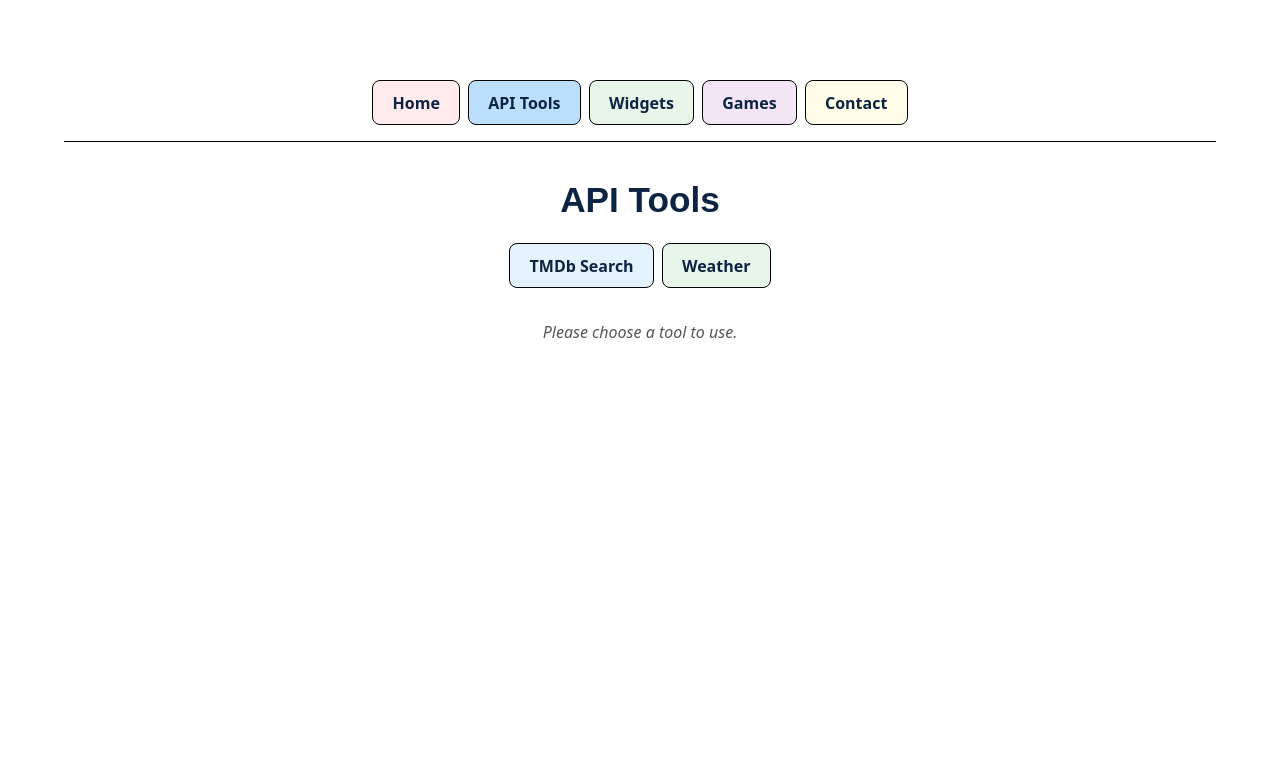
Repository: ourshadetree/TimPortfolio
Page: /api-tools
The author's editor kept a copy of each file at every save. The page is drawn from the files as they stood at one save, then again after the next save.
The browser window is 1280 px wide. The pictures show the whole page.
The project was rebuilt for these pictures with package versions that can differ from the ones it lists, and the page was loaded fresh each time. Also part of the build but not shown: vite.config.js, src/views/HomeView.vue, src/components/MovieApi.vue, src/components/WeatherApi.vue, src/components/Calculator.vue, src/components/UnitConverter.vue, src/views/Widgets.vue, src/components/RockPaperScissors.vue and 3 more. Imported but missing from the stored project, and not drawn on this page: src/assets/CurrentResumeTimSB.pdf.

Above is the page before, as saved 2025-05-07 14:22:40.

After the next save:
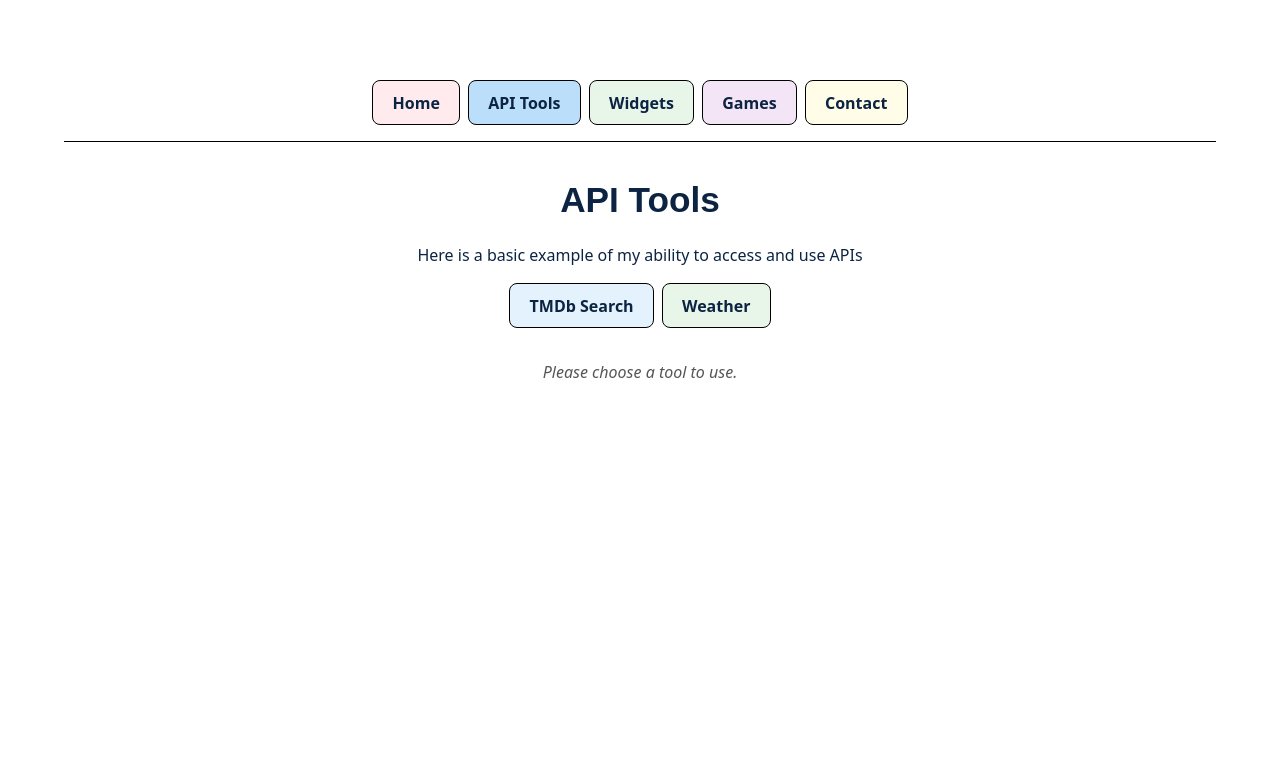
Saved 2 min 15 s later.
--- a/src/views/ApiTools.vue
+++ b/src/views/ApiTools.vue
@@ -2,7 +2,7 @@
 <template>
     <section>
       <h1>API Tools</h1>
-
+      <p>Here is a basic example of my ability to access and use APIs</p>
       <!-- Tab header -->
       <nav>
         <button
